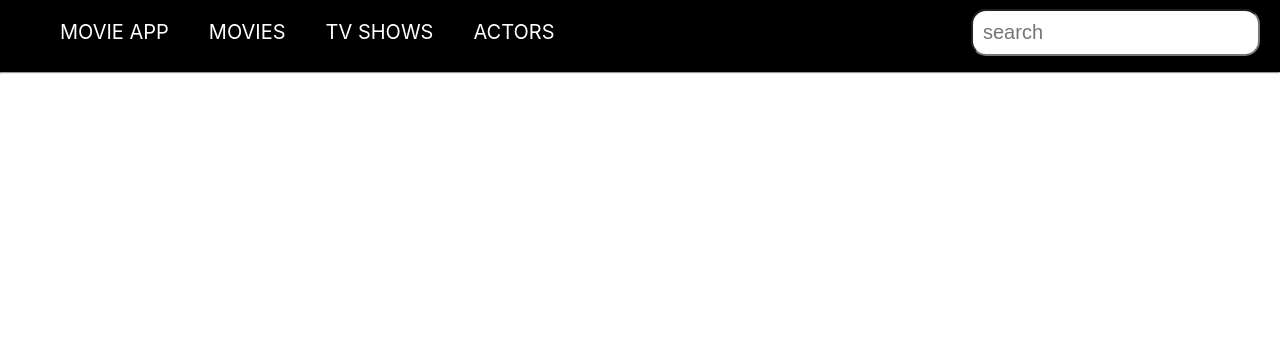
Repository: manahiang/MovieMana
Page: / (app in src/)
An editor plug-in stored every save of this project. The page is shown before and after a run of saves, followed by the edit.
The browser window is 1280 px wide. The pictures show the whole page.
The project was rebuilt for these pictures with package versions that can differ from the ones it lists, and the page was loaded fresh each time. Also part of the build but not shown: src/src/App.css.

Above is the page before, as saved 2022-11-14 10:57:25.

After the next 2 saves:
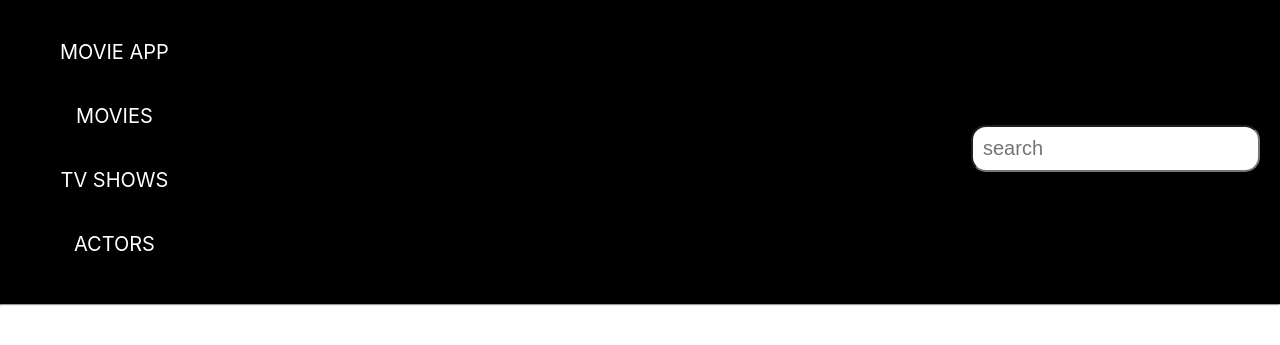
The 2 saves are shown as one change because they came seconds apart.
The last was saved 13 s later.
--- a/src/src/index.css
+++ b/src/src/index.css
@@ -19,7 +19,7 @@ body {
   text-transform: uppercase;
 }
 .menu ul li{
-  display: inline;
+  display:flex;
   align-items: center;
   justify-content: center;
   padding: 20px;
